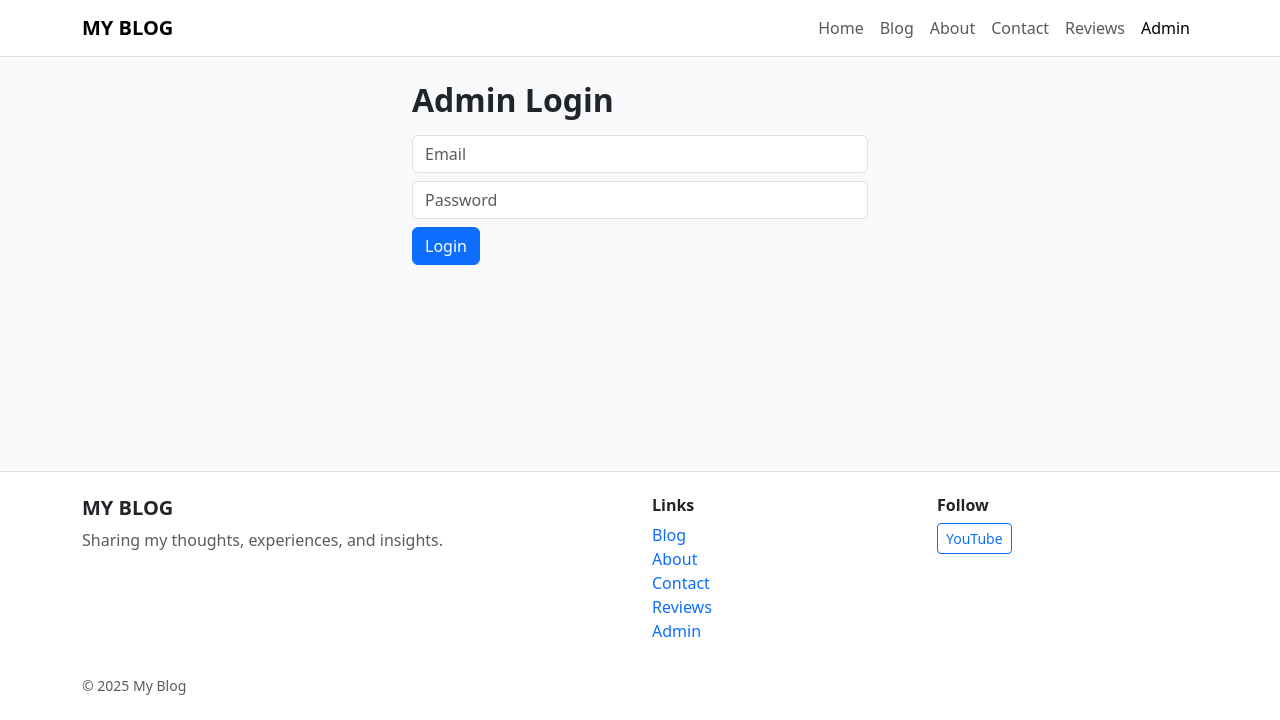
Repository: vigneshmudgonda/Blog2
Page: /login (app in blog-frontend-full/)
An editor plug-in stored every save of this project. The page is shown before and after the next save, followed by the edit.
The browser window is 1280 px wide. The pictures show the whole page.
The page's requests for data from a server got no answer. The project was rebuilt for these pictures with package versions that can differ from the ones it lists, and the page was loaded fresh each time. No one was signed in, and anything a server would have sent is missing. Also part of the build but not shown: blog-frontend-full/src/pages/Home.js, blog-frontend-full/src/pages/BlogList.js, blog-frontend-full/src/pages/BlogDetail.js, blog-frontend-full/src/pages/Reviews.js, blog-frontend-full/src/pages/Contact.js, blog-frontend-full/src/pages/About.js.

Above is the page before, as saved 2025-08-19 19:07:24.

After the next save:
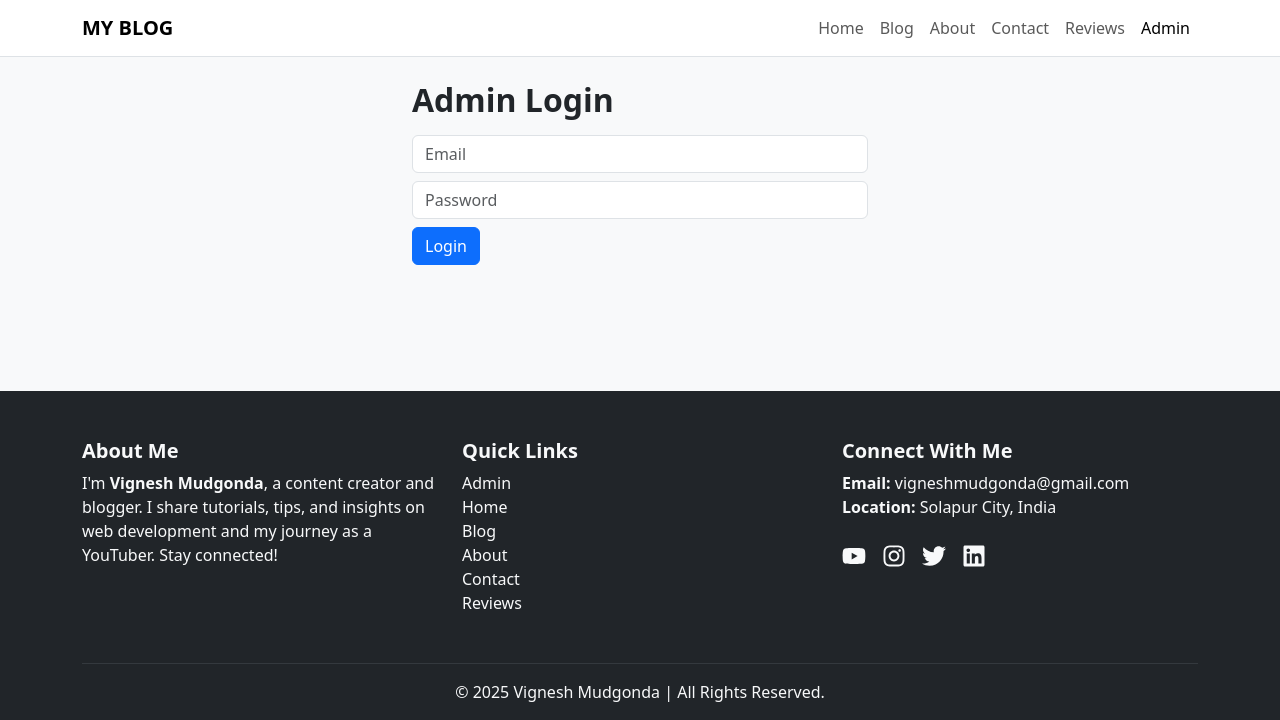
Saved 14 min 28 s later.
--- a/blog-frontend-full/src/components/Footer.js
+++ b/blog-frontend-full/src/components/Footer.js
@@ -1,31 +1,67 @@
-import React from 'react';
-import { Link } from 'react-router-dom';
+import React from "react";
+import { Link } from "react-router-dom";
+import {
+  FaYoutube,
+  FaInstagram,
+  FaTwitter,
+  FaLinkedin,
+} from "react-icons/fa";
 
-export default function Footer(){
+export default function Footer() {
   return (
-    <footer className="bg-white border-top mt-5">
-      <div className="container py-4">
+    <footer className="bg-dark text-light pt-5 pb-3 mt-5">
+      <div className="container">
         <div className="row">
-          <div className="col-md-6">
-            <h5 className="fw-bold">MY BLOG</h5>
-            <p className="text-muted">Sharing my thoughts, experiences, and insights.</p>
+          {/* About Me */}
+          <div className="col-md-4 mb-3">
+            <h5 className="fw-bold">About Me</h5>
+            <p>
+              I'm <strong>Vignesh Mudgonda</strong>, a content creator and
+              blogger. I share tutorials, tips, and insights on web development
+              and my journey as a YouTuber. Stay connected!
+            </p>
           </div>
-          <div className="col-md-3">
-            <h6 className="fw-semibold">Links</h6>
+
+          {/* Quick Links */}
+          <div className="col-md-4 mb-3">
+            <h5 className="fw-bold">Quick Links</h5>
             <ul className="list-unstyled">
-              <li><Link to="/blog">Blog</Link></li>
-              <li><Link to="/about">About</Link></li>
-              <li><Link to="/contact">Contact</Link></li>
-              <li><Link to="/reviews">Reviews</Link></li>
-              <li><Link to="/login">Admin</Link></li>
+              <li><Link to="/admin" className="text-light text-decoration-none">Admin</Link></li>
+              <li><Link to="/" className="text-light text-decoration-none">Home</Link></li>
+              <li><Link to="/blog" className="text-light text-decoration-none">Blog</Link></li>
+              <li><Link to="/about" className="text-light text-decoration-none">About</Link></li>
+              <li><Link to="/contact" className="text-light text-decoration-none">Contact</Link></li>
+              <li><Link to="/reviews" className="text-light text-decoration-none">Reviews</Link></li>
             </ul>
           </div>
-          <div className="col-md-3">
-            <h6 className="fw-semibold">Follow</h6>
-            <a className="btn btn-outline-primary btn-sm" href={process.env.REACT_APP_YOUTUBE_URL || '#'} target="_blank" rel="noreferrer">YouTube</a>
+
+          {/* Connect With Me */}
+          <div className="col-md-4 mb-3">
+            <h5 className="fw-bold">Connect With Me</h5>
+            <p>
+              <strong>Email:</strong>{" "}
+              <a
+                href="mailto:vigneshmudgonda@gmail.com"
+                className="text-light text-decoration-none"
+              >
+                vigneshmudgonda@gmail.com
+              </a>
+              <br />
+              <strong>Location:</strong> Solapur City, India
+            </p>
+            <div className="d-flex gap-3 fs-4">
+              <a href="https://youtube.com" className="text-light"><FaYoutube /></a>
+              <a href="https://instagram.com" className="text-light"><FaInstagram /></a>
+              <a href="https://twitter.com" className="text-light"><FaTwitter /></a>
+              <a href="https://linkedin.com" className="text-light"><FaLinkedin /></a>
+            </div>
           </div>
         </div>
-        <div className="text-muted small mt-3">© {new Date().getFullYear()} My Blog</div>
+
+        <hr className="border-secondary" />
+        <p className="text-center mb-0">
+          © 2025 Vignesh Mudgonda | All Rights Reserved.
+        </p>
       </div>
     </footer>
   );
